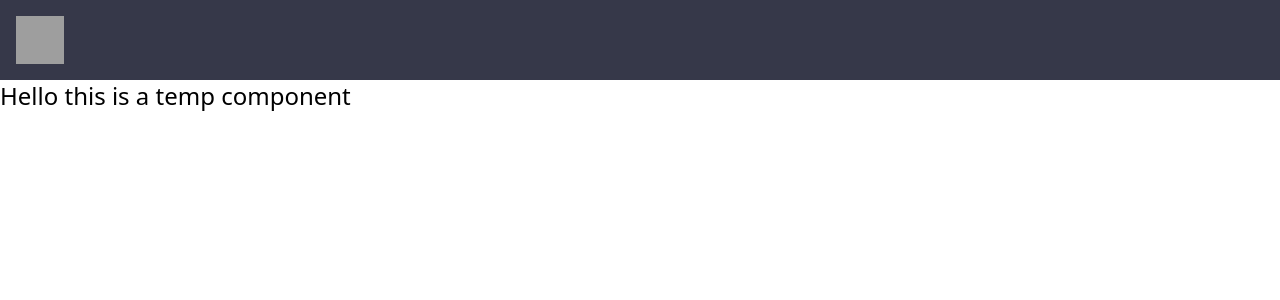
Repository: srush-shah/book-my-show-clone
Page: /
An editor plug-in stored every save of this project. The page is shown before and after the next save, followed by the edit.
The browser window is 1280 px wide. The pictures show the whole page.
Pictures or frames that could not be fetched are drawn as grey boxes. The project was rebuilt for these pictures with package versions that can differ from the ones it lists, and the page was loaded fresh each time.

Above is the page before, as saved 2022-11-23 02:13:56.

### src/App.jsx
import DefaultHOC from "./HOC/Default.HOC";
import Temp from "./components/temp";

function App() {
  return (
    <>
      <DefaultHOC path="/" exact element={<Temp />} />
    </>
  );
}

export default App;

### src/HOC/Default.HOC.jsx
import React from "react";
import { Route, Routes } from "react-router-dom";
import DefaultLayout from "../layouts/Default.layout";

const DefaultHOC = ({ element: Element, ...rest }) => {
  return (
    <>
      <Routes>
        <Route {...rest} exact element={<DefaultLayout element={Element} />} />
      </Routes>
    </>
  );
};

export default DefaultHOC;

### src/components/temp.jsx
import React from "react";

function Temp() {
  return (
    <>
      <h1 className="text-2xl">Hello this is a temp component</h1>
    </>
  );
}

export default Temp;

### src/layouts/Default.layout.jsx
import React from "react";

//Components
import Navbar from "../components/Navbar/navbar.component";

const DefaultLayout = ({ element: Element, ...props }) => {
  return (
    <>
      <Navbar />
      {Element}
    </>
  );
};

export default DefaultLayout;

### src/components/Navbar/navbar.component.jsx
import React from "react";
import { BiChevronRight, BiSearch } from "react-icons/bi";

const NavSm = () => {
  return (
    <>
      <div className="text-white flex items-center justify-between">
        <div>
          <h3 className="text-xl font-bold">It All Starts Here!</h3>
          <span className="text-gray-400 text-xs flex items-center">
            Ahmedabad <BiChevronRight />
          </span>
        </div>
        <div className="w-8 h-8">
          <BiSearch className="w-full h-full" />
        </div>
      </div>
    </>
  );
};
const NavMd = () => {
  return (
    <div className="w-full flex items-center gap-3 bg-white py-2 px-3 rounded-md">
      <BiSearch />
      <input
        type="search"
        className="w-full bg-transparent border-none focus:outline-none"
        placeholder="Search for Movies, Events, Plays, Sports and Activities"
      />
    </div>
  );
};
const NavLg = () => {
  return (
    <>
      <div>
        <div>
          <div className="w-12 h-12">
            <img
              src="https://i.ibb.co/zPBYW3H/imgbin-bookmyshow-office-android-ticket-png.png"
              alt="logo"
              className="w-full h-full"
            />
          </div>
        </div>
        <div></div>
      </div>
    </>
  );
};

const Navbar = () => {
  return (
    <>
      <nav className="bg-bms-700 p-4">
        <div className="md:hidden">
          <NavSm />
        </div>
        <div className="hidden md:flex lg:hidden">
          <NavMd />
        </div>
        <div className="hidden lg:flex">
          <NavLg />
        </div>
      </nav>
    </>
  );
};

export default Navbar;

### tailwind.config.js
/** @type {import('tailwindcss').Config} */
module.exports = {
  content: ["./src/**/*.{html,js,jsx}"],
  theme: {
    extend: {
      colors: {
        bms: {
          50: "#edf1fc",
          100: "#d3d4e1",
          200: "#b6b8c9",
          300: "#989bb2",
          400: "#7c7f9b",
          500: "#636582",
          600: "#4c4f66",
          700: "#363849",
          800: "#21222e",
          900: "#0a0a16",
        },
      },
    },
  },
  plugins: [],
};

Loaded but not shown: public/index.html (common file); src/index.jsx (common file); src/index.css (common file)

After the next save:
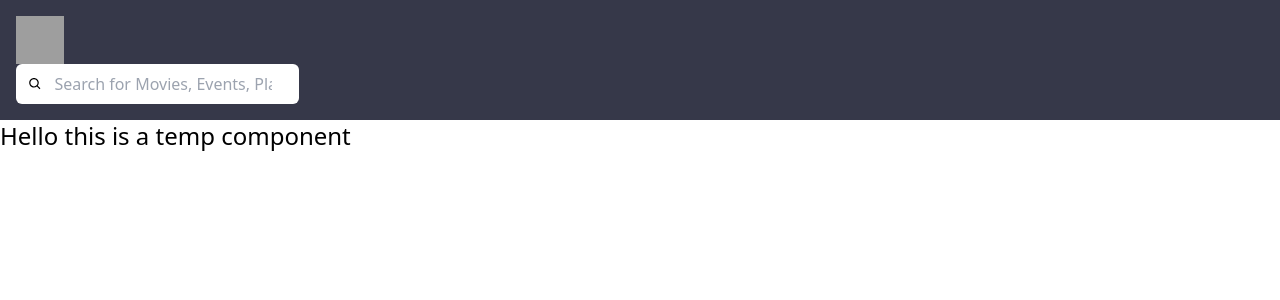
Saved 30 s later.
--- a/src/components/Navbar/navbar.component.jsx
+++ b/src/components/Navbar/navbar.component.jsx
@@ -42,6 +42,14 @@ const NavLg = () => {
               className="w-full h-full"
             />
           </div>
+          <div className="w-full flex items-center gap-3 bg-white py-2 px-3 rounded-md">
+            <BiSearch />
+            <input
+              type="search"
+              className="w-full bg-transparent border-none focus:outline-none"
+              placeholder="Search for Movies, Events, Plays, Sports and Activities"
+            />
+          </div>
         </div>
         <div></div>
       </div>
